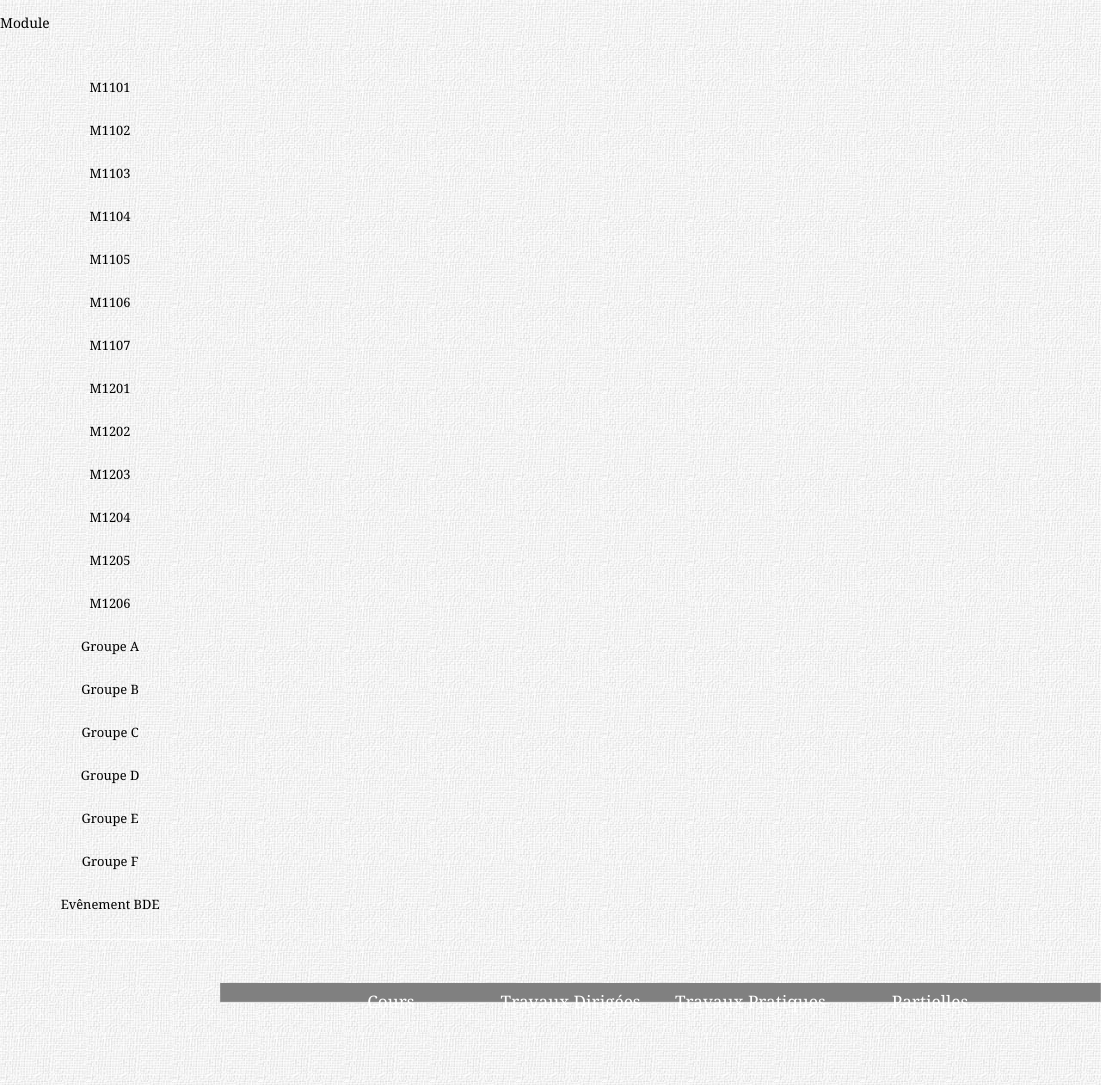
Repository: ValentinArg/PETUT
Page: http://localhost/PETUT/WEB-INF/jsp/eleve/semestre1.jsp
An editor plug-in stored every save of this project. The page is shown before and after a run of saves, followed by the edit.
The browser window is 1280 px wide. The pictures show the whole page, at 86% of full size.
Some web libraries are served in a nearby version. The page is served by Tomcat 9. Nobody is signed in. Other server files are loaded and not shown. The template is opened directly, without the code that normally fills it, so the values that code supplies are empty.

Above is the page before, as saved 2016-10-01 17:15:06.

### PETUT/WebContent/WEB-INF/jsp/eleve/semestre1.jsp
<%@ page language="java" contentType="text/html; charset=ISO-8859-1"
    pageEncoding="ISO-8859-1"%>
<!DOCTYPE html PUBLIC "-//W3C//DTD HTML 4.01 Transitional//EN" "http://www.w3.org/TR/html4/loose.dtd">
<html>
<head>
<meta http-equiv="Content-Type" content="text/html; charset=ISO-8859-1">
<link rel ="stylesheet" href = "/PETUT/css/main.css"/>
<link rel ="stylesheet" href = "/PETUT/css/allSemestres.css"/>
<title>Insert title here</title>
</head>
<body>
	<jsp:include page="../enTete.jsp"/>

	<div class="navigation">
		<ul>
			<li class="parent" id="parent1"><p class="module">M1101</p></li>
			<li class="parent" id="parent2"><p class="module">M1102</p></li>
			<li class="parent" id="parent1"><p class="module">M1103</p></li>
			<li class="parent" id="parent2"><p class="module">M1104</p></li>
			<li class="parent" id="parent1"><p class="module">M1105</p></li>
			<li class="parent" id="parent2"><p class="module">M1106</p></li>
			<li class="parent" id="parent1"><p class="module">M1107</p></li>
			<li class="parent" id="parent2"><p class="module">M1201</p></li>
			<li class="parent" id="parent1"><p class="module">M1202</p></li>
			<li class="parent" id="parent2"><p class="module">M1203</p></li>
			<li class="parent" id="parent1"><p class="module">M1204</p></li>
			<li class="parent" id="parent2"><p class="module">M1205</p></li>
			<li class="parent" id="parent1"><p class="module">M1206</p></li>
			<li class="parent" id="parent1"><p class="module">Groupe A</p></li>
			<li class="parent" id="parent2"><p class="module">Groupe B</p></li>
			<li class="parent" id="parent1"><p class="module">Groupe C</p></li>
			<li class="parent" id="parent2"><p class="module">Groupe D</p></li>
			<li class="parent" id="parent1"><p class="module">Groupe E</p></li>
			<li class="parent" id="parent2"><p class="module">Groupe F</p></li>
			<li class="parent" id="parent1"><p class="module">Evênement BDE</p></li>
		</ul>
		<div class="close">
			<p></p>
		</div>
	</div>
	<div class="conteneurGeneral">

		<ul class="selection" id="selection">
			<li class=" type"><p>Cours</p></li>
			<li class="type"><p>Travaux Dirigées</p></li>
			<li class="type"><p>Travaux Pratiques</p></li>
			<li class="type"><p>Partielles</p></li>
		</ul>
	</div>

</body>
</html>

### PETUT/WebContent/WEB-INF/jsp/enTete.jsp
<%@ page language="java" contentType="text/html; charset=ISO-8859-1"
    pageEncoding="ISO-8859-1"%>
<!DOCTYPE html PUBLIC "-//W3C//DTD HTML 4.01 Transitional//EN" "http://www.w3.org/TR/html4/loose.dtd">
<html>
<head>
	<meta http-equiv="Content-Type" content="text/html; charset=ISO-8859-1">
	<title>Insert title here</title>
	<link rel ="stylesheet" href = "/PE2I/css/main.css"/>
	<script src="https://code.jquery.com/jquery-1.12.4.js"></script>
  	<script src="https://code.jquery.com/ui/1.12.1/jquery-ui.js"></script>

</head>
<body>
	<div class=enTete>
		<p class="boutonHautBas" id="boutonHautBas">Module</p>
		<ul class="nav" id="nav">
			<c:forEach var="forum" items="${listeForum}">
				<li class=" partie"><a class="forum" id="${forum.id}"><c:out value="${forum.nom}"/></a></li>
			</c:forEach>
			<!-- <li class="partie" id="banniere"><a>PETUT</a></li>-
			<li class=" partie"><a class="forum" id="1">Cours</a></li>
			<li class="partie"><a class="forum" id="2">Travaux Dirigées</a></li>
			<li class="partie"><a class="forum" id="3">Travaux Pratiques</a></li>
			<li class="partie"><a class="forum" id="4">Partiels</a></li>
			<li class="partie"><a>Mon Compte</a></li>-->
		</ul>
	</div>

</body>
</html>

### PETUT/WebContent/css/main.css
@CHARSET "ISO-8859-1";

@CHARSET "UTF-8";
/* Général ------------------------------------------------------------------------------------- */

html {
  height: 100%;
  box-sizing: border-box;
}

*,
*:before,
*:after {
  box-sizing: inherit;
}

body {
	background-image : url(../images/fond.jpg);
	position: relative;
 	margin: 0;
  padding-bottom: 6rem;
  min-height: 100%;
}

body,p,legend, label, input {
    font: normal 8pt;
    font-family:  Georgia, serif;
}

header img {
	width:470px;
	display:inline;
}
header .logoiut{
	height:135px;
	width:215px;
}
header{

	height:135px;
	margin-left:auto;
	margin-right:auto;
	background-image : url(../images/fondbanniere.jpg);
	width:85%;
	min-width:880px;
}
nav {
	width:85%;
	min-width:880px;
	margin-left:auto;
	margin-right:auto;
	text-align:left;

}
.general{
	width:85%;
	min-width:880px;
	margin-left:auto;
	margin-right:auto;
	background-image:url(../images/fondgeneral.jpg);
	padding-top:30px;
	padding-bottom:10px;
	min-height:69vh;
	margin-bottom:-24px;
}
footer {
	width:85%;
	min-width:880px;
	margin-left:auto;
	margin-right:auto;
	font-size:80%;
	position: absolute;
  	right: 0;
  	bottom: 0;
  	left: 0;
  	padding: 1rem;
  	margin-top:0;
	background-image:url(../images/fondgeneral.jpg);
}

### PETUT/WebContent/css/allSemestres.css
.parent{

	list-style:none;
	font-size:15px;
	cursor:pointer;
	width:100%;
	display:inline-block;

}

.navigation ul{
	width:100%;
	display:inline-block;

}




ul{
	margin:0;
	padding:0;
}

.ue {

	border-top:solid 1px white;
	display:block;
	padding:10px;
	text-align:center;
	background-color:#4CAF50;
	margin:0;
}

.ue:hover{
	color:white;
}

.module p{

	border:none;
	border-bottom:solid 1px white;
	display: block;
	padding:10px;
	text-align:center;
	background-color:#333;
	margin:0;


}

.module p:hover{
	color:white;
	cursor:pointer;
}

.semestres{
	background-color:#4CAF50;

}

a{
	cursor:pointer;
}





body{

	margin:0;
	padding:0;
}



.navigation{

	display:inline-block;
	list-style : none;
	margin:0;
	padding:0;
	position: relative;
	z-index:5;
	width:20%;
	border-bottom:solid 1px white;
	text-align:center;
	height:95.5%;
	max-height:95.3%;
	overflow: auto;


}

.conteneurGeneral{
	text-align:justify;
	display:inline-block;
	height:100%;
	position:relative;
	width: 80%;
	margin:0;
	margin-left:20%;
	padding:0;
	margin-top:50px;
	vertical-align:top;

}

.selection{
	display:block;
	vertical-align:top;
	list-style : none;
	margin:0;
	background: Grey;
	z-index:5;
	height:4.7%;
	border-bottom:solid 1px white;
	text-align: center;

}



.type {
	display: inline-block;
	padding:8px;
	font-size:20px;
	height:20px;
	vertical-align:top;
	width:20%;

}

.type p {
	margin:0;
	padding:0;
	color:white;
	cursor:pointer;
}

.type:hover{
	background:#333;

}

.tableauTopic{
	text-align: center;
	position:relative;
	display:block;

}

After the next 2 saves:
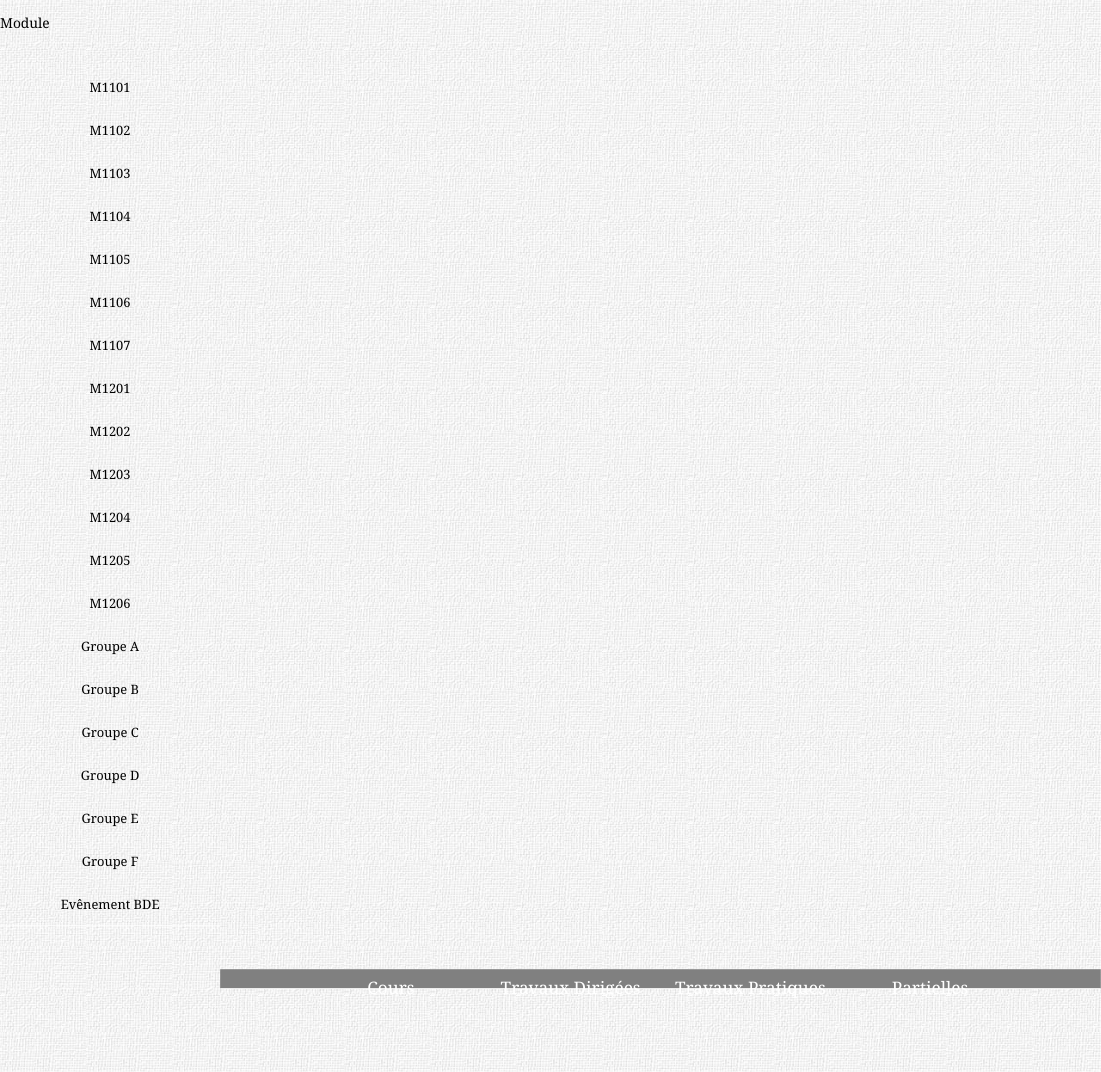
The 2 saves are shown as one change because they came seconds apart.
The last was saved 15 h 51 min later.
--- a/PETUT/WebContent/WEB-INF/jsp/eleve/semestre1.jsp
+++ b/PETUT/WebContent/WEB-INF/jsp/eleve/semestre1.jsp
@@ -33,10 +33,10 @@
 			<li class="parent" id="parent1"><p class="module">Groupe E</p></li>
 			<li class="parent" id="parent2"><p class="module">Groupe F</p></li>
 			<li class="parent" id="parent1"><p class="module">Evênement BDE</p></li>
+			<div class="close">
+			</div>
 		</ul>
-		<div class="close">
-			<p></p>
-		</div>
+
 	</div>
 	<div class="conteneurGeneral">
 

After the save that followed:
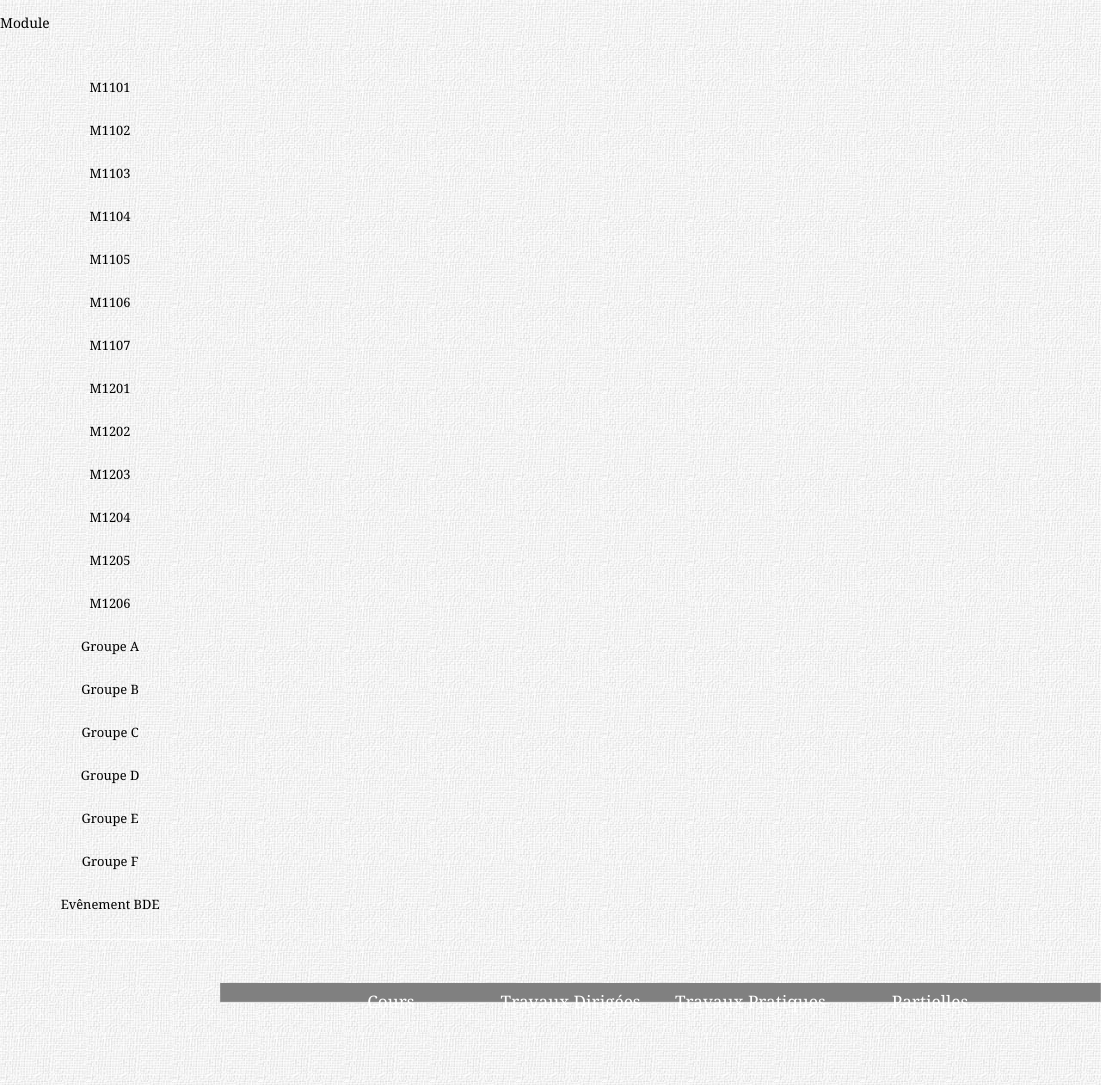
Saved 59 s later.
--- a/PETUT/WebContent/WEB-INF/jsp/eleve/semestre1.jsp
+++ b/PETUT/WebContent/WEB-INF/jsp/eleve/semestre1.jsp
@@ -34,6 +34,7 @@
 			<li class="parent" id="parent2"><p class="module">Groupe F</p></li>
 			<li class="parent" id="parent1"><p class="module">Evênement BDE</p></li>
 			<div class="close">
+				<p></p>
 			</div>
 		</ul>
 
